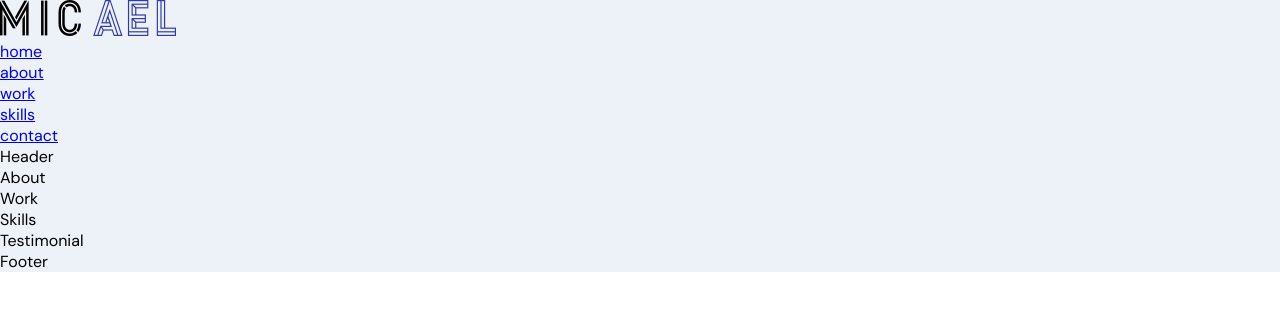
Repository: 61ZM07H36R3ML1N/Portfolio-JS
Page: / (app in frontend_react/)
An editor plug-in stored every save of this project. The page is shown before and after the next save, followed by the edit.
The browser window is 1280 px wide. The pictures show the whole page.
The project was rebuilt for these pictures with package versions that can differ from the ones it lists, and the page was loaded fresh each time. Also part of the build but not shown: frontend_react/src/container/About/About.scss, frontend_react/src/container/Header/Header.scss, frontend_react/src/container/Skills/Skills.scss, frontend_react/src/container/Work/Work.scss, frontend_react/src/components/Navbar/Navbar.scss.

Above is the page before, as saved 2022-10-10 06:18:12.

After the next save:
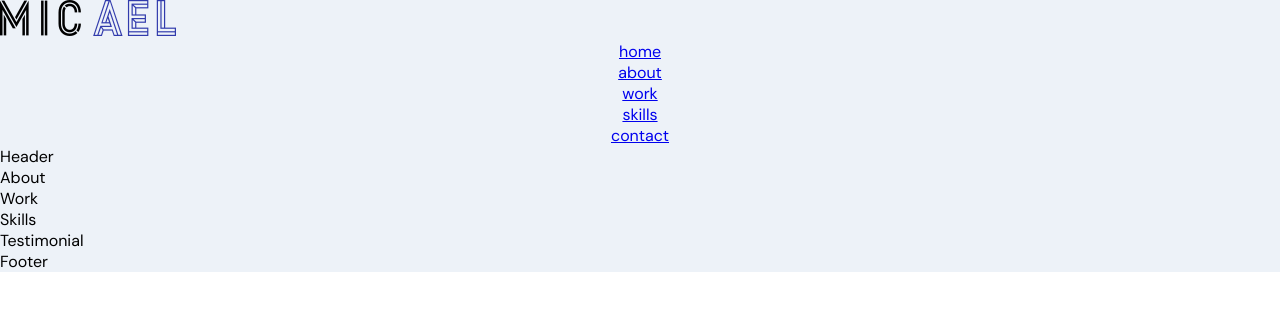
Saved 3 min 0 s later.
--- a/frontend_react/src/components/Navbar/Navbar.jsx
+++ b/frontend_react/src/components/Navbar/Navbar.jsx
@@ -5,12 +5,12 @@
 const Navbar = () => {
   return (
     <nav className="app__navbar">
-      <div>
+      <div className="app__navbar-logo">
         <img src={images.logo} alt="logo" />
       </div>
-      <ul>
+      <ul className="app__navbar-links">
         {['home', 'about', 'work', 'skills', 'contact'].map(item => (
-          <li key={'link-${item}'}>
+          <li className="app__flex" key={'link-${item}'}>
             <div />
             <a href={'#${item}'}>{item}</a>
           </li>
